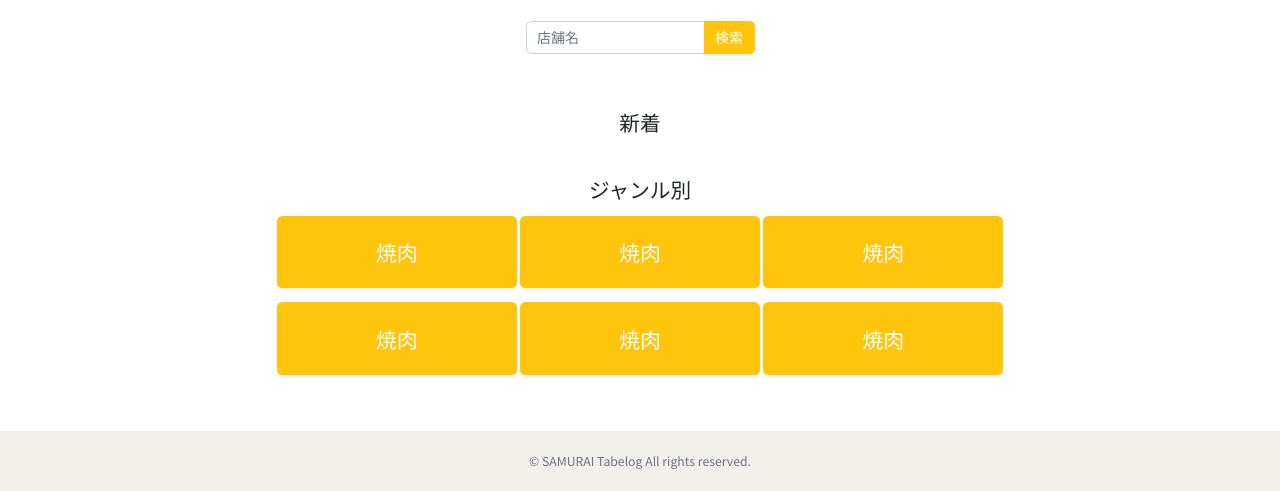
Repository: Mofu-Ya/springboot-tabelog-kadai
Page: http://localhost/index
These files come from the project's save history. The page is drawn as it stood at one moment and after the next save; the edit follows.
The browser window is 1280 px wide. The pictures show the part of the page from y = 373 to 864 px (the page is 864 px tall before and 853 px after).
The page is this project's Thymeleaf template; nobody is signed in. The template is opened directly, without the code that normally fills it, so the values that code supplies are empty.

Above is the page before, as saved 2025-01-18 02:30:57.

After the next save:
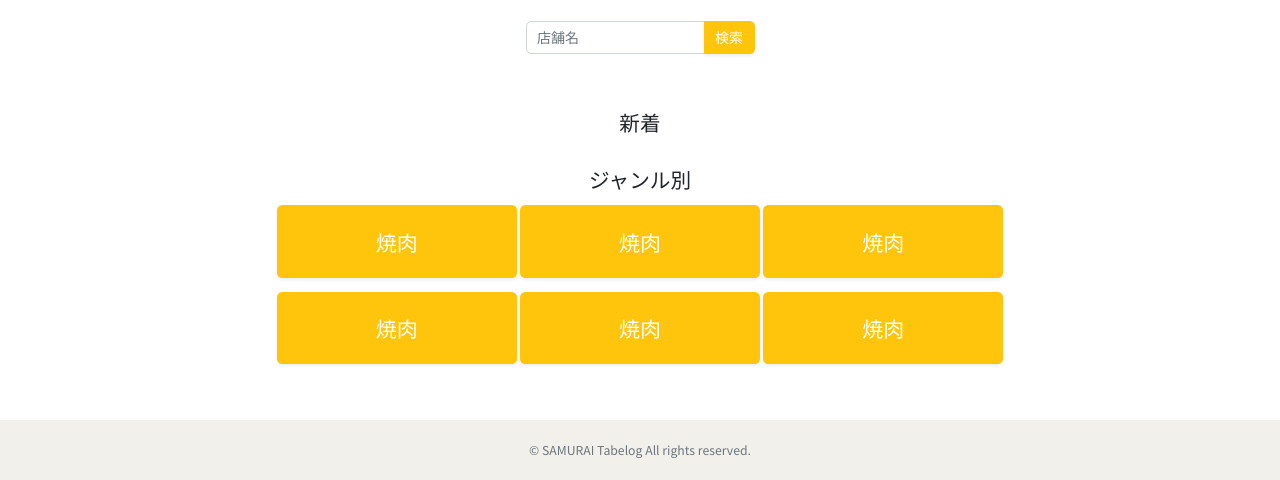
Saved 29 s later.
--- a/kadai_002/samuraitabelog/src/main/resources/templates/index.html
+++ b/kadai_002/samuraitabelog/src/main/resources/templates/index.html
@@ -43,7 +43,7 @@
                          </form>
                      </div>
 
-                     <h2 class="text-center mt-3 mb-3">新着</h2>
+                     <h2 class="text-center mt-3 mb-1">新着</h2>
                      <div class="row row-cols-lg-5 row-cols-2 g-3 mb-5">
                          <div class="col" th:each="newRestaurant : ${newRestaurants}">
                              <a th:href="@{/restaurants/__${newRestaurant.getId()}__}" class="link-dark samuraitabelog-card-link">
